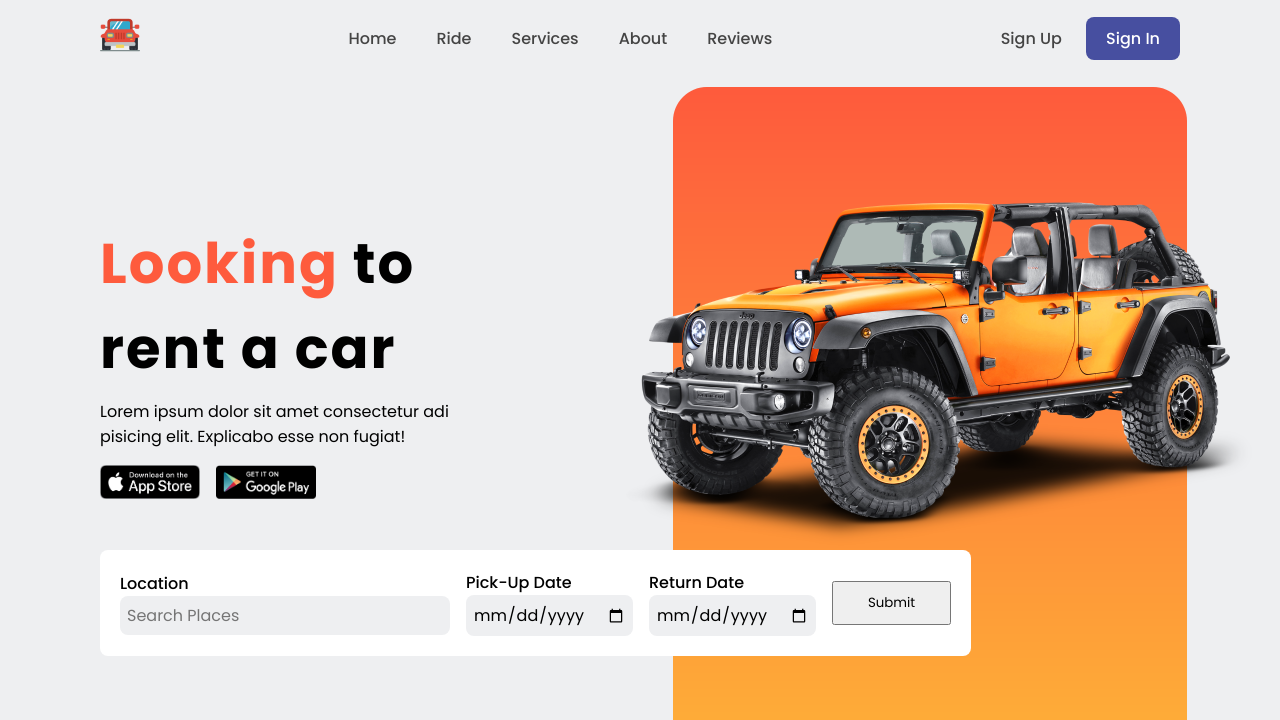
Repository: douglasabnovato/car-rental
Page: index.html
The author's editor kept a copy of each file at every save. The page is drawn from the files as they stood at one save, then again after the next save.
The browser window is 1280 px wide. The pictures show the whole page.

Above is the page before, as saved 2025-05-16 12:47:16.

After the next save:
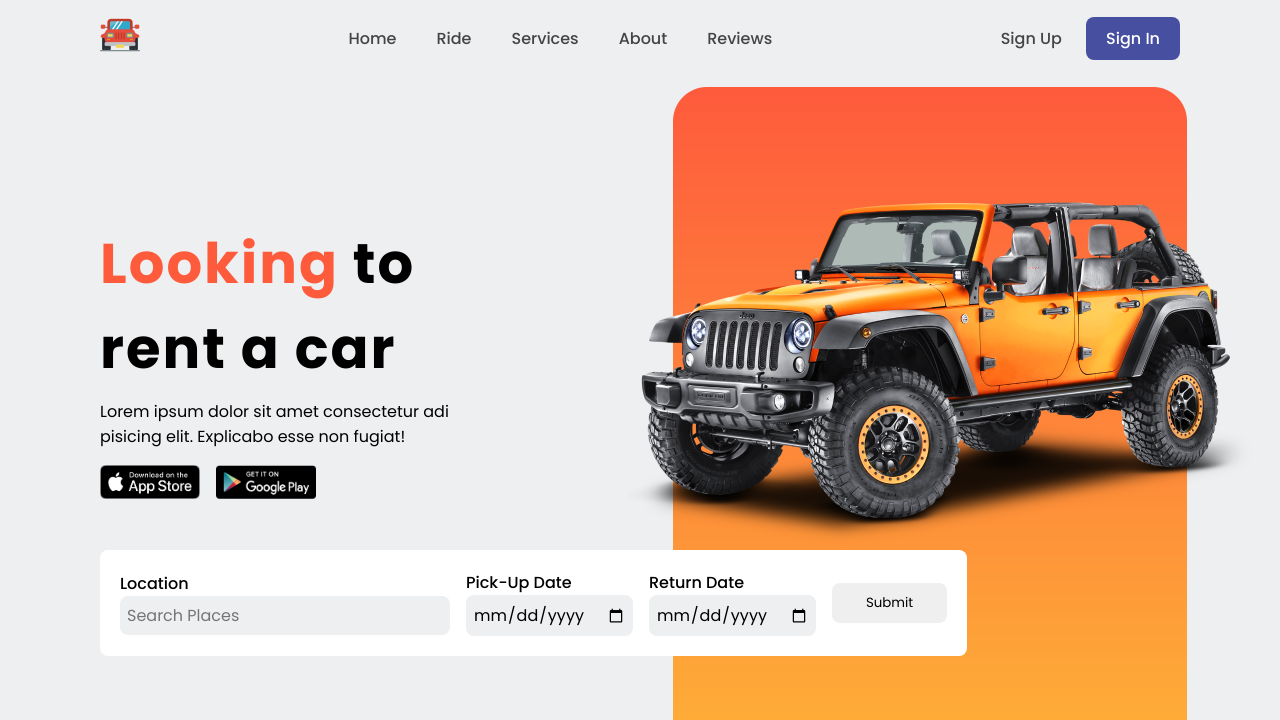
Saved 32 s later.
--- a/style.css
+++ b/style.css
@@ -179,4 +179,6 @@ header {
 .form-container form .btn {
     flex: 1 1 7rem;
     padding: 10px 34px;
+    border: none;
+    border-radius: .5rem;
 }
